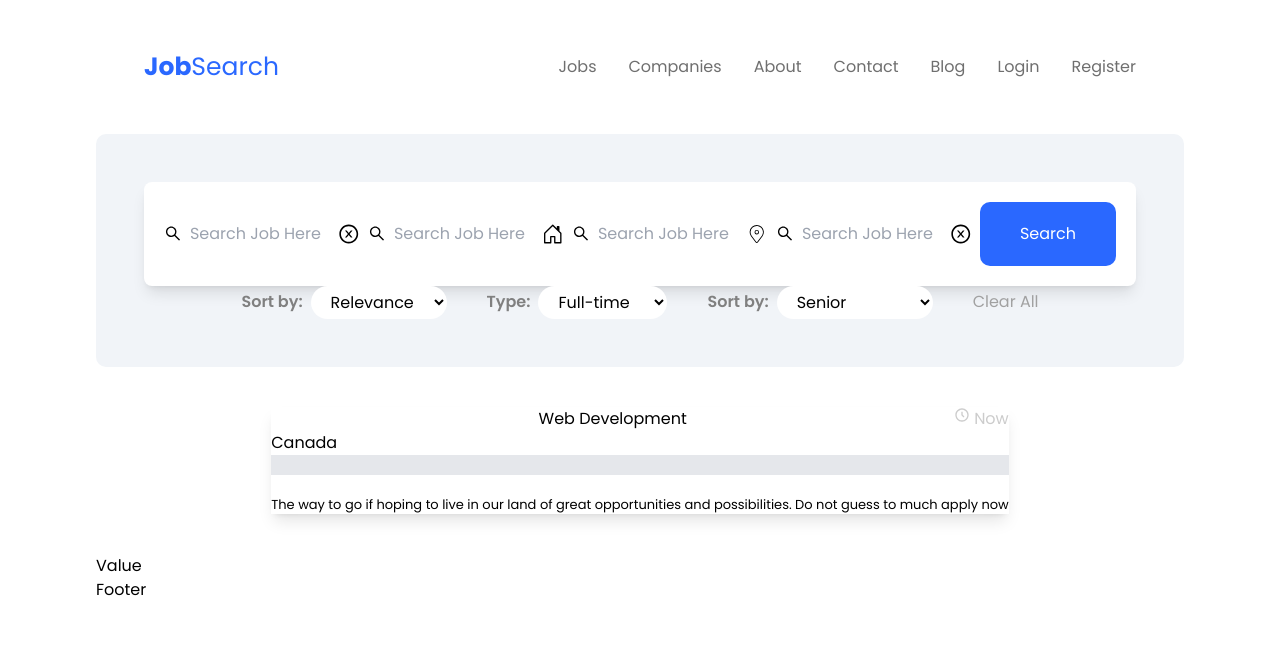
Repository: countaustin1990/Job-Search-website
Page: / (app in vite-project/)
An editor plug-in stored every save of this project. The page is shown before and after the next save, followed by the edit.
The browser window is 1280 px wide. The pictures show the whole page.
The project was rebuilt for these pictures with package versions that can differ from the ones it lists, and the page was loaded fresh each time. Also part of the build but not shown: vite-project/vite.config.js.

Above is the page before, as saved 2023-08-12 18:54:04.

After the next save:
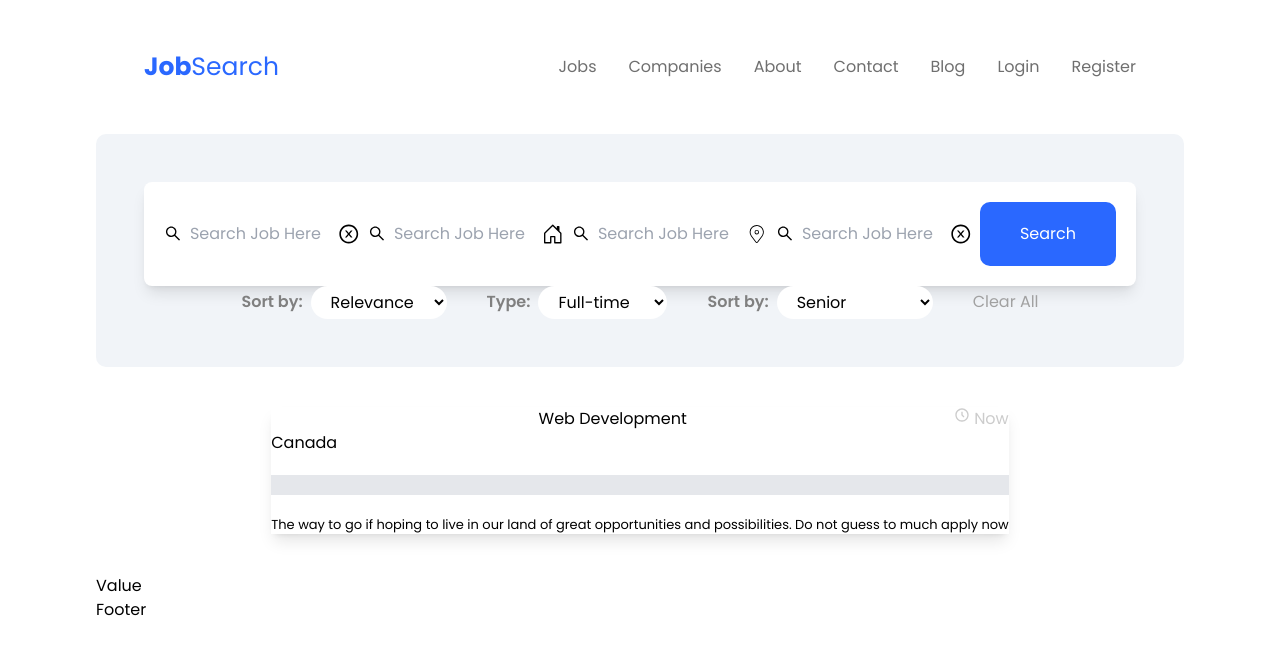
Saved 108 s later.
--- a/vite-project/src/components/Job.jsx
+++ b/vite-project/src/components/Job.jsx
@@ -17,7 +17,7 @@ import { BiTimeFive } from 'react-icons/bi'
 
                     <h6 className='text-[#ccc]'/>Canada
 
-                    <p className='text-[13px] text-[#95959] pt-[20px] border-t-[20px] group-hover:text-white'>
+                    <p className='text-[13px] text-[#95959] pt-[20px] border-t-[20px] mt-[20px] group-hover:text-white'>
                         The way to go if hoping to live in our land of great opportunities and possibilities. Do not guess to much apply now
 
                     </p>
